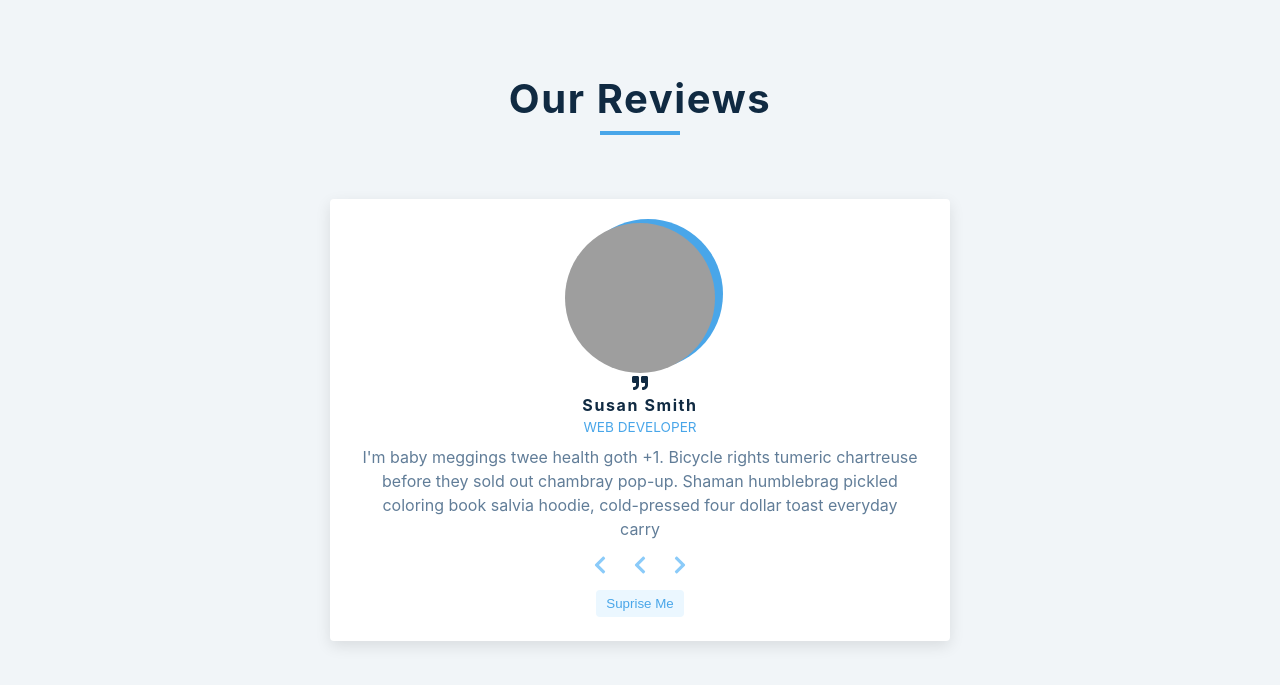
Repository: davidaloba/reviews
Page: /
An editor plug-in stored every save of this project. The page is shown before and after the next save, followed by the edit.
The browser window is 1280 px wide. The pictures show the whole page.
Pictures or frames that could not be fetched are drawn as grey boxes. The project was rebuilt for these pictures with package versions that can differ from the ones it lists, and the page was loaded fresh each time.

Above is the page before, as saved 2021-10-21 23:12:40.

### src/Review.js
import React, { useState } from "react";
import people from "./data";
import { FaChevronLeft, FaChevronRight, FaQuoteRight } from "react-icons/fa";

const Review = () => {
  const [index, setIndex] = useState(0);
  const { name, job, image, text } = people[index];
  return (
    <article className="review">
      <div className="img-container">
        <img src={image} alt={name} className="person-img" />
        <span className="quote">
          <FaQuoteRight />
        </span>
      </div>
      <h4 className="author">{name}</h4>
      <p className="job">{job}</p>
      <p className="info">{text}</p>
      <div className="button-container">
        <button className="prev-btn">
          <FaChevronLeft />
        </button>
        <button className="next-btn">
          <FaChevronLeft />
        </button>
        <button className="prev-btn">
          <FaChevronRight />
        </button>
      </div>
      <button className="random-btn">suprise me</button>
    </article>
  );
};

export default Review;

### src/data.js
const reviews = [
  {
    id: 1,
    name: 'susan smith',
    job: 'web developer',
    image:
      'https://res.cloudinary.com/diqqf3eq2/image/upload/v1586883334/person-1_rfzshl.jpg',
    text:
      "I'm baby meggings twee health goth +1. Bicycle rights tumeric chartreuse before they sold out chambray pop-up. Shaman humblebrag pickled coloring book salvia hoodie, cold-pressed four dollar toast everyday carry",
  },
  {
    id: 2,
    name: 'anna johnson',
    job: 'web designer',
    image:
      'https://res.cloudinary.com/diqqf3eq2/image/upload/v1586883409/person-2_np9x5l.jpg',
    text:
      'Helvetica artisan kinfolk thundercats lumbersexual blue bottle. Disrupt glossier gastropub deep v vice franzen hell of brooklyn twee enamel pin fashion axe.photo booth jean shorts artisan narwhal.',
  },
  {
    id: 3,
    name: 'peter jones',
    job: 'intern',
    image:
      'https://res.cloudinary.com/diqqf3eq2/image/upload/v1586883417/person-3_ipa0mj.jpg',
    text:
      'Sriracha literally flexitarian irony, vape marfa unicorn. Glossier tattooed 8-bit, fixie waistcoat offal activated charcoal slow-carb marfa hell of pabst raclette post-ironic jianbing swag.',
  },
  {
    id: 4,
    name: 'bill anderson',
    job: 'the boss',
    image:
      'https://res.cloudinary.com/diqqf3eq2/image/upload/v1586883423/person-4_t9nxjt.jpg',
    text:
      'Edison bulb put a bird on it humblebrag, marfa pok pok heirloom fashion axe cray stumptown venmo actually seitan. VHS farm-to-table schlitz, edison bulb pop-up 3 wolf moon tote bag street art shabby chic. ',
  },
];

export default reviews;

Loaded but not shown: public/index.html (common file); src/index.js (common file); src/index.css (common file); src/App.js (common file)

After the next save:
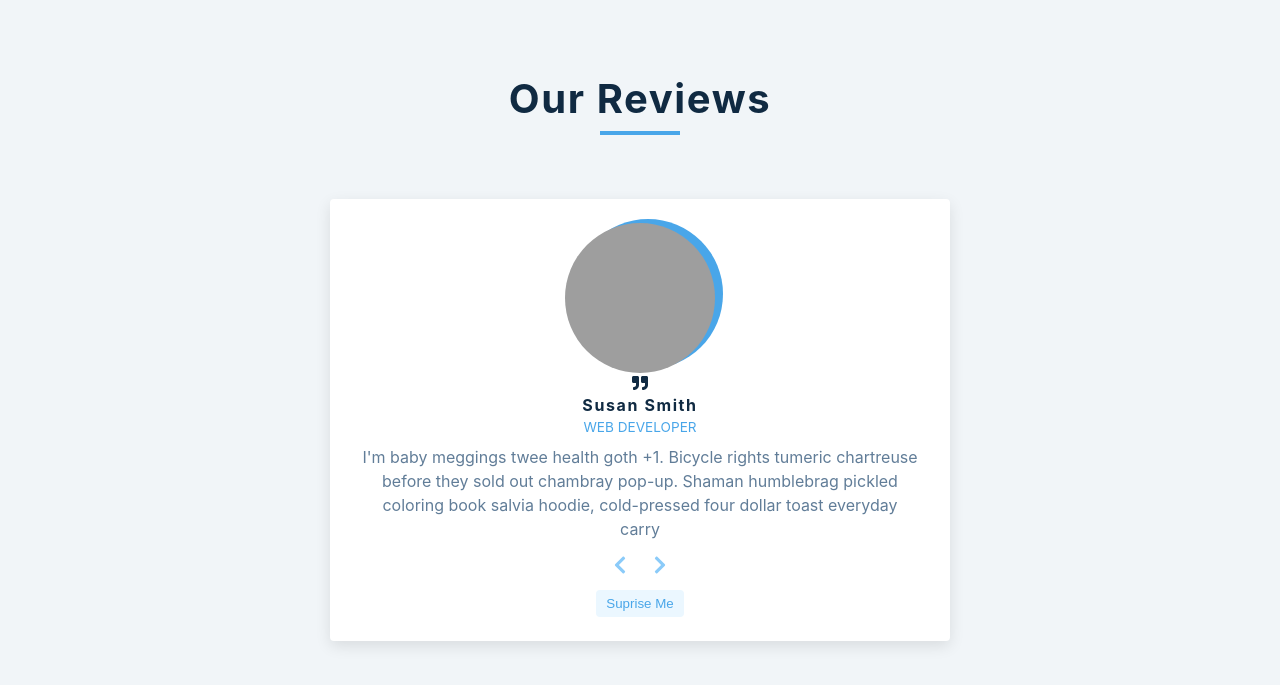
Saved 26 s later.
--- a/src/Review.js
+++ b/src/Review.js
@@ -21,9 +21,6 @@ const Review = () => {
           <FaChevronLeft />
         </button>
         <button className="next-btn">
-          <FaChevronLeft />
-        </button>
-        <button className="prev-btn">
           <FaChevronRight />
         </button>
       </div>
